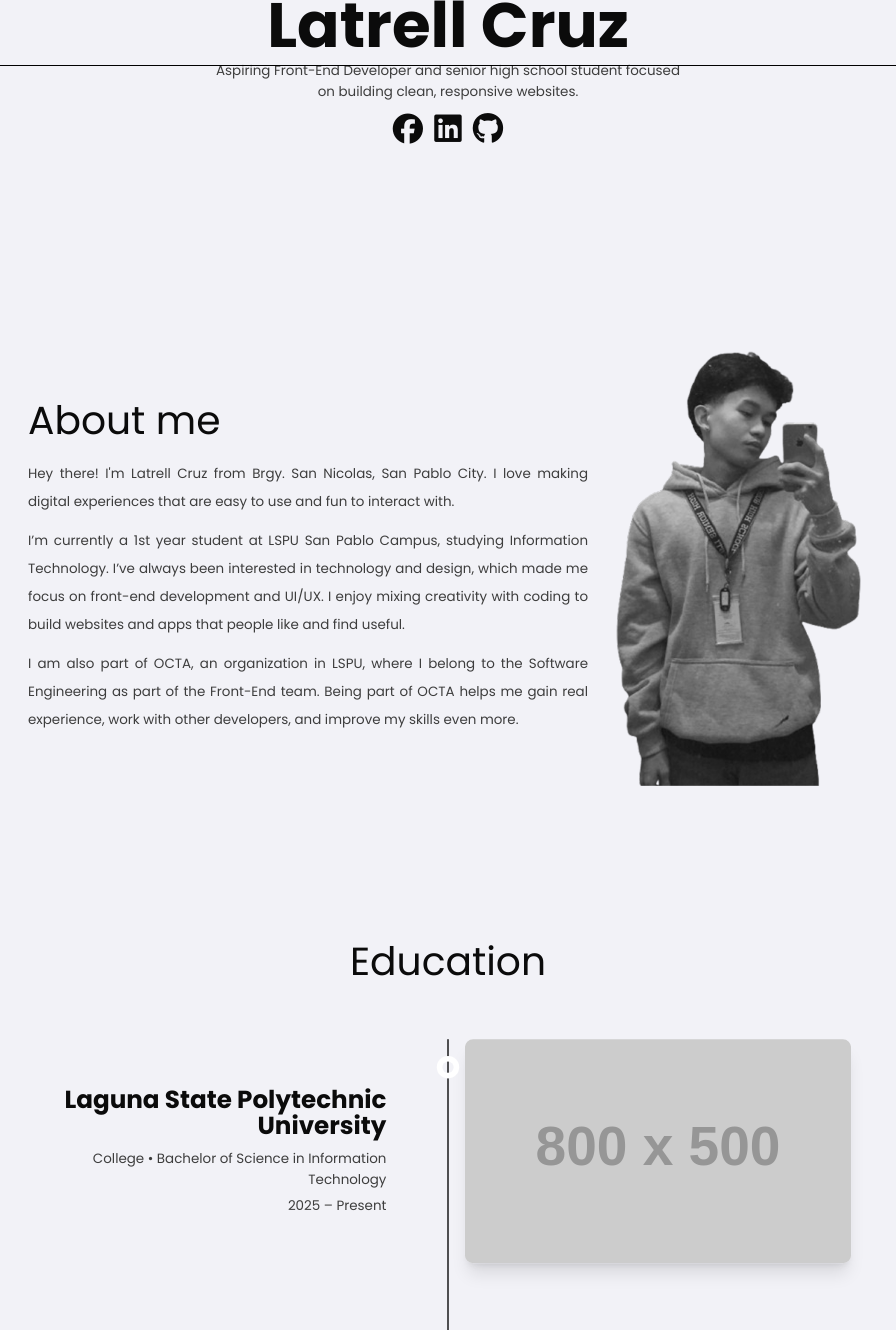
Repository: Latrell26/Portfolio-schoolProject
Page: /
An editor plug-in stored every save of this project. The page is shown before and after the next save, followed by the edit.
The browser window is 1280 px wide. The pictures show the part of the page from y = 272 to 2172 px (the page is 6276 px tall), at 70% of full size.
Pictures or frames that could not be fetched are drawn as grey boxes. The project was rebuilt for these pictures with package versions that can differ from the ones it lists, and the page was loaded fresh each time. Also part of the build but not shown: svelte.config.js, vite.config.js.

Above is the page before, as saved 2026-01-02 22:27:10.

After the next save:
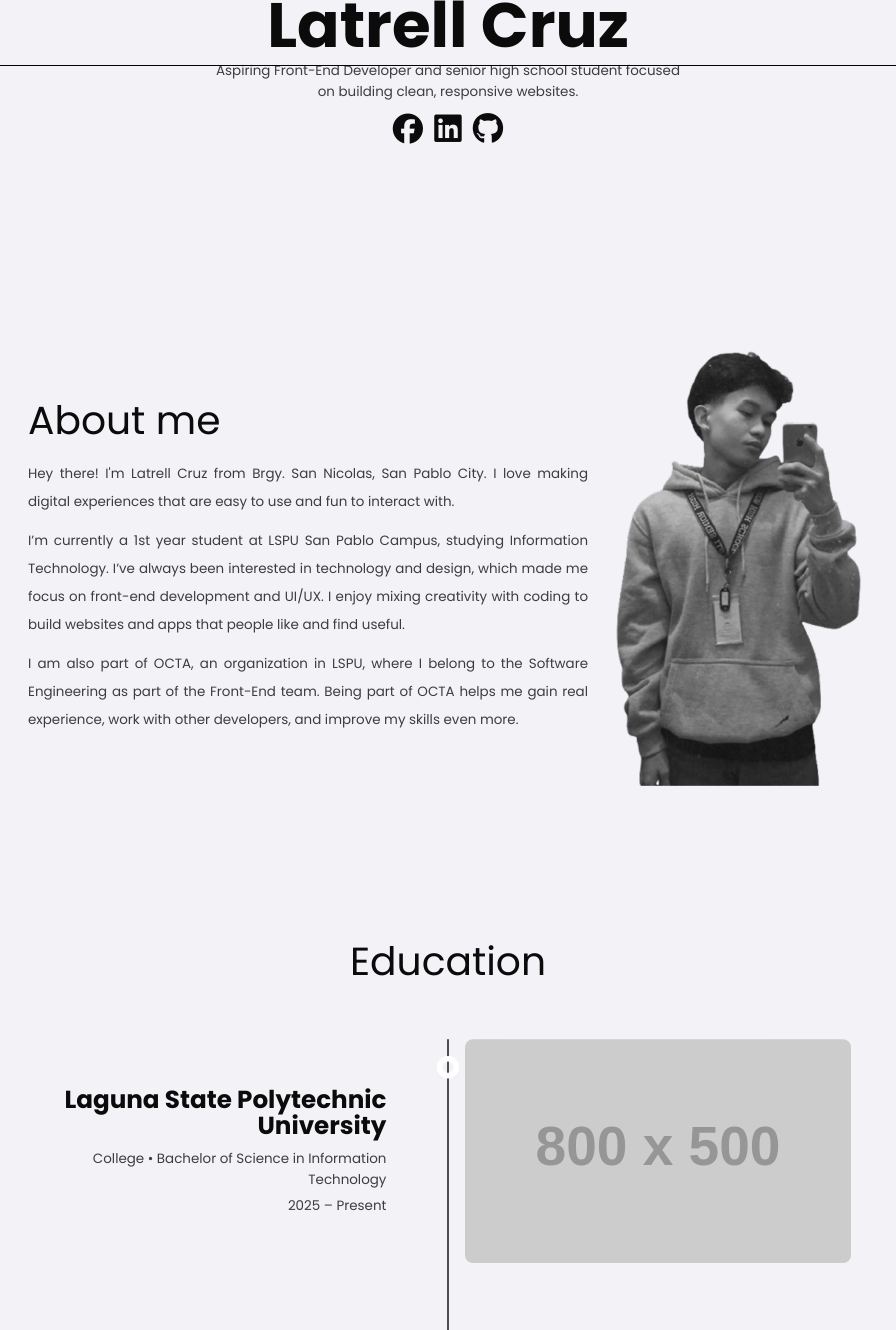
Saved 43 s later.
--- a/src/lib/TimeLineItem.svelte
+++ b/src/lib/TimeLineItem.svelte
@@ -15,7 +15,7 @@
     </div>
 
     <div class={`${isLeft ? "order-1 lg:order-2" : "order-1 lg:order-1"}`}>
-        <div class="rounded-xl shadow-xl overflow-hidden">
+        <div class="rounded-xl  overflow-hidden">
             <img
                 src={imageSrc}
                 alt={imageAlt}
